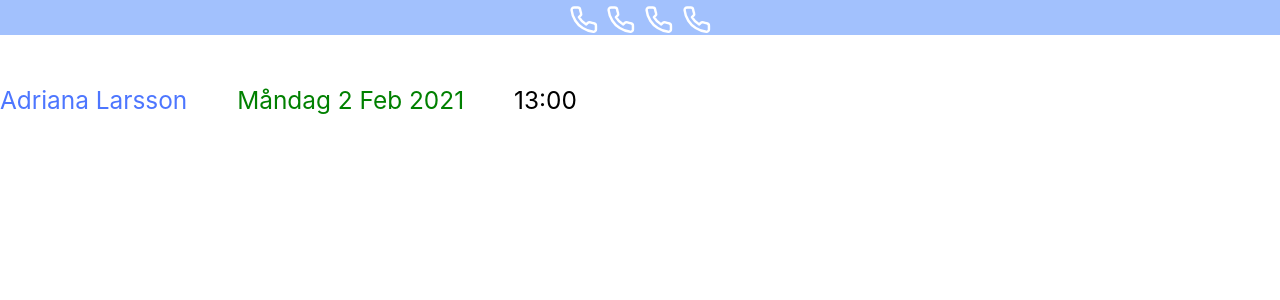
Repository: AdrianaLarsson/learning-react-adriana
Page: /
These files come from the project's save history. The page is drawn as it stood at one moment and after a run of saves; the edit follows.
The browser window is 1280 px wide. The pictures show the whole page.
The project was rebuilt for these pictures with package versions that can differ from the ones it lists, and the page was loaded fresh each time. Also part of the build but not shown: src/components/pixiLearn/pixi-learning.js, src/components/pixiLearn/reactTimline/timelinegant.js.

Above is the page before, as saved 2021-02-17 13:40:29.

### src/App.js
import './App.css';
import PixiLearning from './components/pixiLearn/pixi-learning'
import TimeLineGant from './components/pixiLearn/reactTimline/timelinegant'
import SjWaypoint from './components/pixiLearn/waypoint-mobile/sjwaypiont'

function App() {
  return (
    <div className="App">
      <header className="App-header">
       {/*  <TimeLineGant/> */}

           {/*   <PixiLearning/> */}
           <SjWaypoint/>
      </header>
    </div>
  );
}

export default App;

### src/App.css


.navbar {
  background-color: #a2c1fd;
  height: 30px;
  padding-top: 5px;
  display: flex;
  flex-direction: column;
  align-items: center;
  font-size: calc(15px + 2vmin);
  color: white;
}
.box{
  background-color: #ffffff;
  height: 30px;
  padding-top: 5px;
  display: flex;
  flex-direction: column;
  align-items: center;
  font-size: calc(10px + 2vmin);
  color: rgb(0, 0, 0);
  display: inline;
  flex-direction: row;
}
.name{
  text-align: start;
  display: inline-flex;
  color: rgb(77, 118, 255);
}
.date{
  margin: 50px;
  text-align: center;
  display: inline-flex;
  color: green;
}
.time{
  text-align: right;
  display: inline-flex;
  color: black;
}

/* .App {
  text-align: center;
}

.App-logo {
  height: 40vmin;
  pointer-events: none;
}

@media (prefers-reduced-motion: no-preference) {
  .App-logo {
    animation: App-logo-spin infinite 20s linear;
  }
}

.App-header {
  background-color: #282c34;
  min-height: 100vh;
  display: flex;
  flex-direction: column;
  align-items: center;
  justify-content: center;
  font-size: calc(10px + 2vmin);
  color: white;
}

.App-link {
  color: #61dafb;
}

@keyframes App-logo-spin {
  from {
    transform: rotate(0deg);
  }
  to {
    transform: rotate(360deg);
  }
}
 */

### src/components/pixiLearn/waypoint-mobile/sjwaypiont.js
import React from 'react'
import Navbaren from './navbaren'
import BoxNameDayTime from './box-name-day-time'

function sjwaypiont() {
    return (
        <div>
          <Navbaren/>
            <BoxNameDayTime/>
        </div>
    )
}

export default sjwaypiont

### src/components/pixiLearn/waypoint-mobile/navbaren.js
import React from 'react'
import { FiPhone } from "react-icons/fi";


function navbaren() {
    return (
      <div className="navbar">
          <div className="navbar-container container">
           <FiPhone /> <FiPhone /> <FiPhone /> <FiPhone />
          </div>

      </div>
    )
}

export default navbaren

### src/components/pixiLearn/waypoint-mobile/box-name-day-time.js
import React from 'react'
import Container from "react-bootstrap/Container";
import Row from "react-bootstrap/Row";
import Col from "react-bootstrap/Col"

function boxNameDayTime() {
    return (
<Container className="box">
  <Row>
    <Col className="name">Adriana Larsson </Col>
    <Col className="date"> Måndag 2 Feb 2021</Col>
    <Col className="time"> 13:00 </Col>
  </Row>
</Container>

    )
}

export default boxNameDayTime;

Loaded but not shown: public/index.html (common file); src/index.js (common file); src/index.css (common file); src/reportWebVitals.js (common file)

After the next 2 saves:
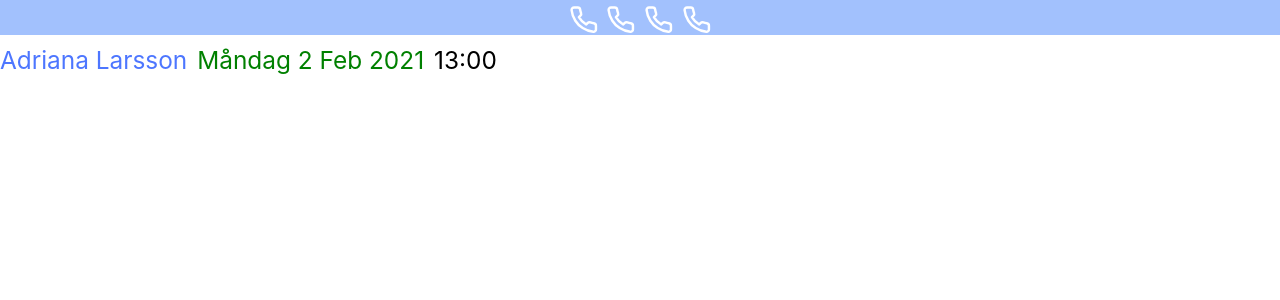
The 2 saves are shown as one change because they came seconds apart.
The last was saved 6 s later.
--- a/src/App.css
+++ b/src/App.css
@@ -28,7 +28,7 @@
   color: rgb(77, 118, 255);
 }
 .date{
-  margin: 50px;
+  margin: 10px;
   text-align: center;
   display: inline-flex;
   color: green;
